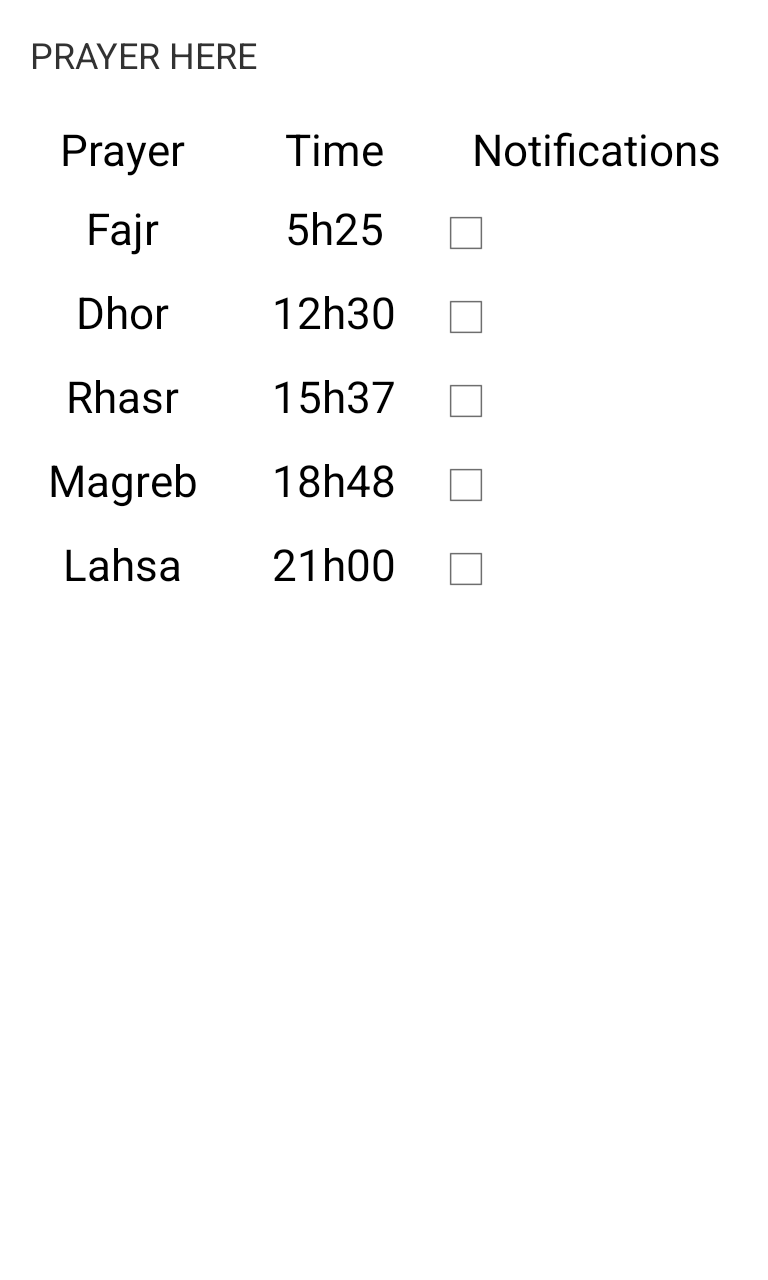
Repository: Osamah/Afstudeerwerk
Layout: NativeApp/SecondPillar/res/layout/activity_prayer.xml
An editor plug-in stored every save of this project. The layout is shown before and after the next save, followed by the edit.
It is drawn on a 768 x 1280 px phone screen (xhdpi) without system bars, with theme AppTheme; the app's code is not run.

Above is the layout before, as saved 2012-12-28 00:02:59.

After the next save:
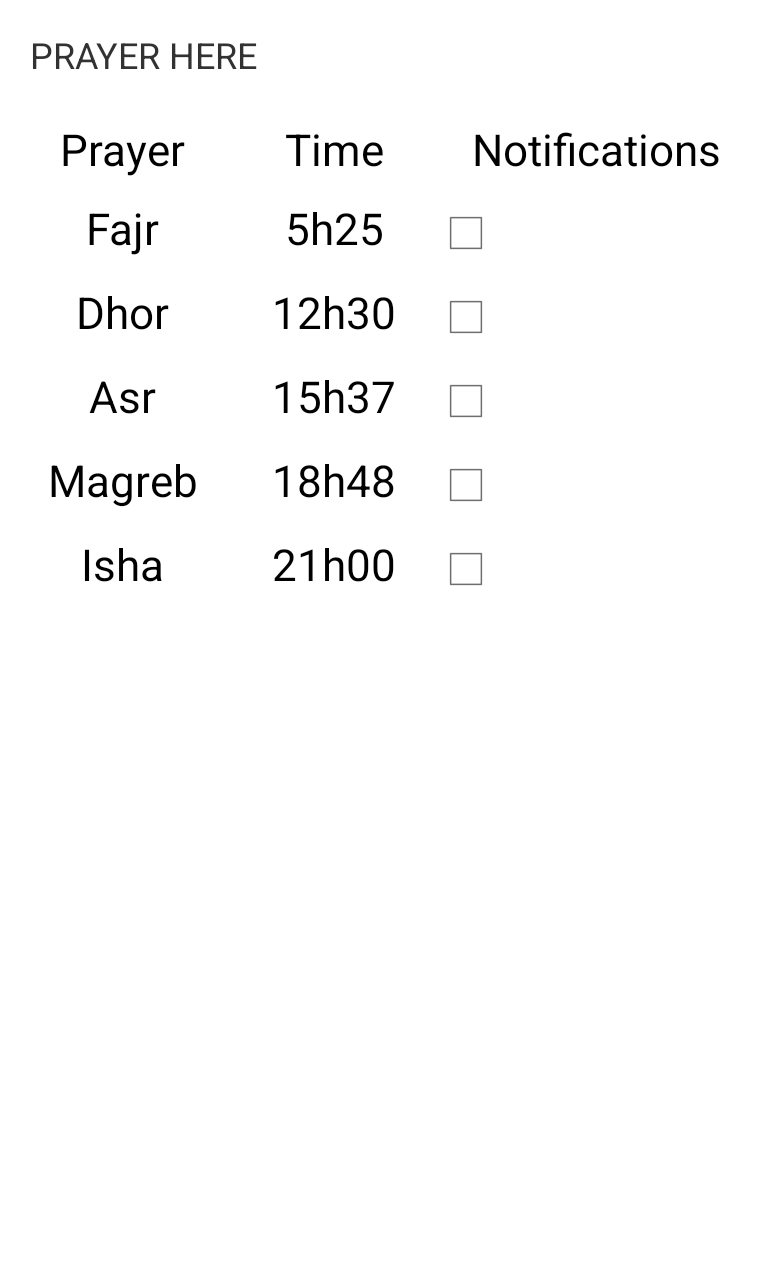
Saved 24 min 42 s later.
--- a/NativeApp/SecondPillar/res/values/strings.xml
+++ b/NativeApp/SecondPillar/res/values/strings.xml
@@ -16,9 +16,9 @@
 
     <string name="prayer1">Fajr</string>
     <string name="prayer2">Dhor</string>
-    <string name="prayer3">Rhasr</string>
+    <string name="prayer3">Asr</string>
     <string name="prayer4">Magreb</string>
-    <string name="prayer5">Lahsa</string>
+    <string name="prayer5">Isha</string>
 
     <string name="prayerTime1">5h25</string>
     <string name="prayerTime2">12h30</string>
